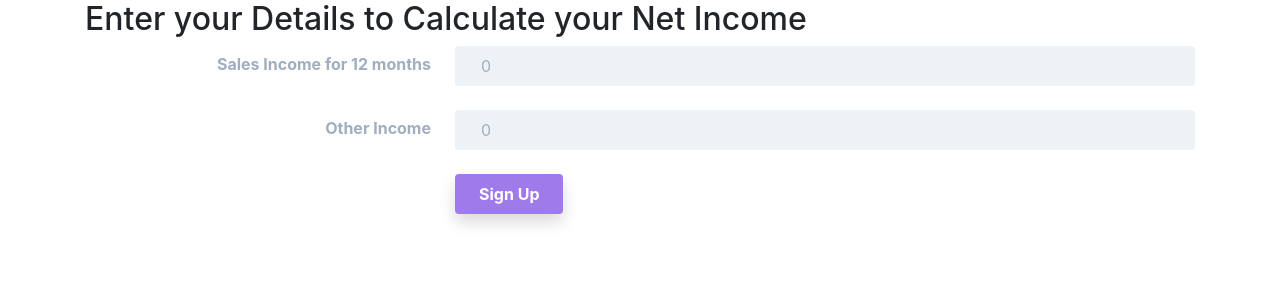
Repository: latenightsnacc/Financial-Forecast
Page: financial-forecast.html
The author's editor kept a copy of each file at every save. The page is drawn from the files as they stood at one save, then again after the next save.
The browser window is 1280 px wide. The pictures show the whole page.

Above is the page before, as saved 2020-11-15 11:32:30.

### financial-forecast.html
<!DOCTYPE html>
<html lang="en">
<head>
    <meta charset="UTF-8">
    <meta name="viewport" content="width=device-width, initial-scale=1.0">
    <!--Tailwind CDN-->
    <link rel="stylesheet" href="https://cdnjs.cloudflare.com/ajax/libs/tailwindcss/1.9.6/base.min.css" integrity="sha512-hEjkvMSM0ql6VJcNK0gTmjt9ar8F2yHeBUbJKtyvQhkkbGMhiJ4+MaiB8XxsthLAHJx5vy2I9dN0un8HiWG2LA==" crossorigin="anonymous" />
    <link rel="stylesheet" href="https://cdnjs.cloudflare.com/ajax/libs/tailwindcss/1.9.6/components.min.css" integrity="sha512-TizAONqhvXjEfRPhptSUkZNVU497PzAnXNGNUoeOjeni4dHpJ+ak+ZsyoGna20LH/yg1PvdufN1VbnVQeVDftg==" crossorigin="anonymous" />
    <link rel="stylesheet" href="https://cdnjs.cloudflare.com/ajax/libs/tailwindcss/1.9.6/tailwind.css" integrity="sha512-HY1FOTeAX9idUBWDhVDrBg8QUHBisKVQ4BCVj1jFo5z76mk87w4Rr5YGP8nBkcGmoMzqYvdeXHMOg/olF45z3g==" crossorigin="anonymous" />
    <link rel="stylesheet" href="https://cdnjs.cloudflare.com/ajax/libs/tailwindcss/1.9.6/utilities.min.css" integrity="sha512-0QJfuLKyYJWGB5hKArJW67xqMLDlR8YaLM/ZuW2mRn4NRwHNsGm7UuREc5Fu7jONHyewPKnGODY0N8G+FQbfxg==" crossorigin="anonymous" />
    <!--Bootstrap CDN-->
    <link rel="stylesheet" href="https://cdn.jsdelivr.net/npm/bootstrap@4.5.3/dist/css/bootstrap.min.css" integrity="sha384-TX8t27EcRE3e/ihU7zmQxVncDAy5uIKz4rEkgIXeMed4M0jlfIDPvg6uqKI2xXr2" crossorigin="anonymous">
    <title>Financial Forecast |Resaads Consults - Think Millenial</title>
</head>
<body>
    <div class="container">
        <!--Navigation-->
    </div>
    <div class="wrapper">
        <div class="container">
            <h2 class="title">Enter your Details to Calculate your Net Income</h2>
        </div>
        <div class="container">
            <form class="w-full max-w-none">
                <div class="md:flex md:items-center mb-6">
                  <div class="md:w-1/3">
                    <label class="block text-gray-500 font-bold md:text-right mb-1 md:mb-0 pr-4" for="inline-full-name" placeholder="0">
                      Sales Income for 12 months
                    </label>
                  </div>
                  <div class="md:w-2/3">
                    <input class="bg-gray-200 appearance-none border-2 border-gray-200 rounded w-full py-2 px-4 text-gray-700 leading-tight focus:outline-none focus:bg-white focus:border-purple-500" id="inline-full-name" type="text" placeholder="0">
                  </div>
                </div>
                <div class="md:flex md:items-center mb-6">
                  <div class="md:w-1/3">
                    <label class="block text-gray-500 font-bold md:text-right mb-1 md:mb-0 pr-4" for="inline-password">
                      Other Income
                    </label>
                  </div>
                  <div class="md:w-2/3">
                    <input class="bg-gray-200 appearance-none border-2 border-gray-200 rounded w-full py-2 px-4 text-gray-700 leading-tight focus:outline-none focus:bg-white focus:border-purple-500" id="inline-password" type="text" placeholder="0">
                  </div>
                </div>

                <div class="md:flex md:items-center">
                  <div class="md:w-1/3"></div>
                  <div class="md:w-2/3">
                    <button class="shadow bg-purple-500 hover:bg-purple-400 focus:shadow-outline focus:outline-none text-white font-bold py-2 px-4 rounded" type="button">
                      Sign Up
                    </button>
                  </div>
                </div>
              </form>
        </div>
    </div>
    <!--Bootstrap Scripts-->
    <script src="https://code.jquery.com/jquery-3.5.1.slim.min.js" integrity="sha384-DfXdz2htPH0lsSSs5nCTpuj/zy4C+OGpamoFVy38MVBnE+IbbVYUew+OrCXaRkfj" crossorigin="anonymous"></script>
    <script src="https://cdn.jsdelivr.net/npm/popper.js@1.16.1/dist/umd/popper.min.js" integrity="sha384-9/reFTGAW83EW2RDu2S0VKaIzap3H66lZH81PoYlFhbGU+6BZp6G7niu735Sk7lN" crossorigin="anonymous"></script>
    <script src="https://cdn.jsdelivr.net/npm/bootstrap@4.5.3/dist/js/bootstrap.min.js" integrity="sha384-w1Q4orYjBQndcko6MimVbzY0tgp4pWB4lZ7lr30WKz0vr/aWKhXdBNmNb5D92v7s" crossorigin="anonymous"></script>
</body>
</html>

After the next save:
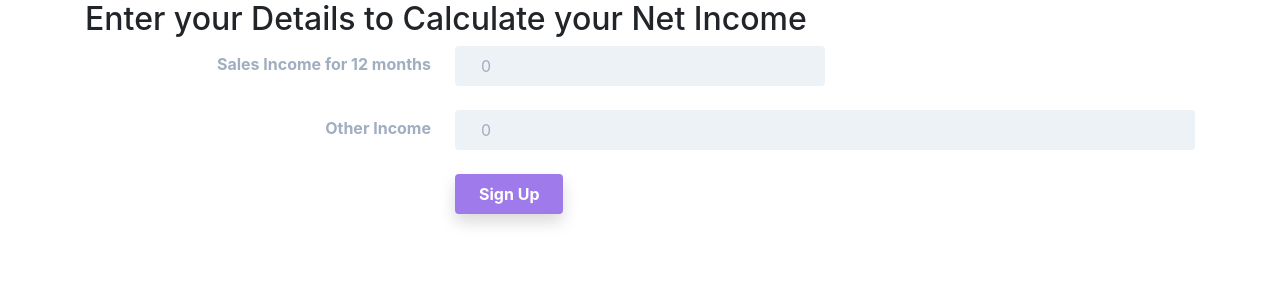
Saved 64 s later.
--- a/financial-forecast.html
+++ b/financial-forecast.html
@@ -22,16 +22,18 @@
         </div>
         <div class="container">
             <form class="w-full max-w-none">
+                <!--Sales Income-->
                 <div class="md:flex md:items-center mb-6">
                   <div class="md:w-1/3">
                     <label class="block text-gray-500 font-bold md:text-right mb-1 md:mb-0 pr-4" for="inline-full-name" placeholder="0">
                       Sales Income for 12 months
                     </label>
                   </div>
-                  <div class="md:w-2/3">
+                  <div class="md:w-1/3">
                     <input class="bg-gray-200 appearance-none border-2 border-gray-200 rounded w-full py-2 px-4 text-gray-700 leading-tight focus:outline-none focus:bg-white focus:border-purple-500" id="inline-full-name" type="text" placeholder="0">
                   </div>
                 </div>
+                <!--Other Income-->
                 <div class="md:flex md:items-center mb-6">
                   <div class="md:w-1/3">
                     <label class="block text-gray-500 font-bold md:text-right mb-1 md:mb-0 pr-4" for="inline-password">
